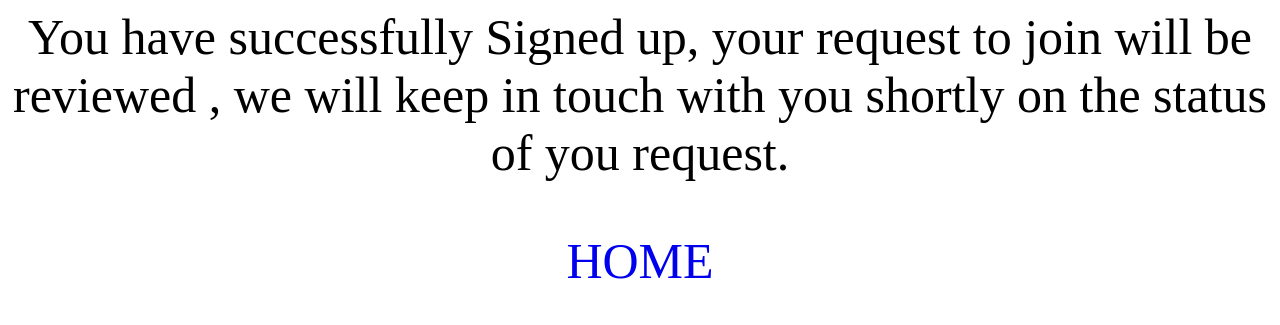
Repository: lorna-k/Workspace
Page: Alumni/Alumni-2/WebContent/signedup.html
An editor plug-in stored every save of this project. The page is shown before and after the next save, followed by the edit.
The browser window is 1280 px wide. The pictures show the whole page.
Some web fonts or font styles are not loaded; a fallback is used.

Above is the page before, as saved 2016-09-15 08:35:59.

After the next save:
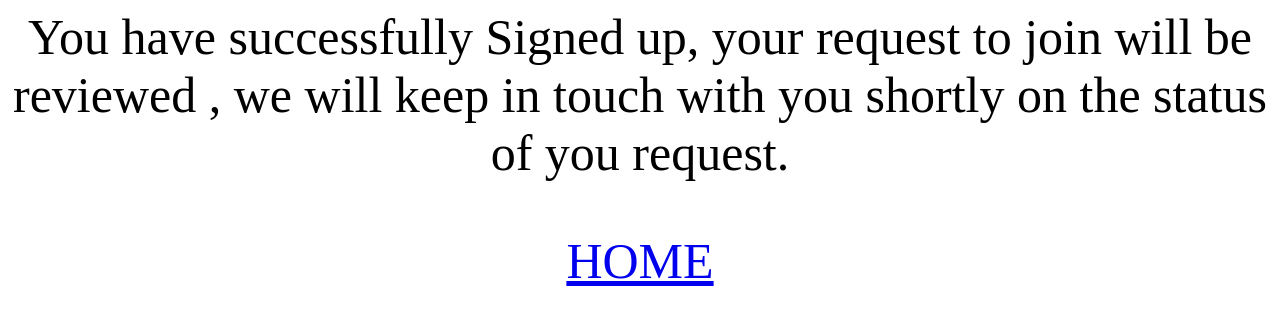
Saved 3 min 10 s later.
--- a/Alumni/Alumni-2/WebContent/signedup.html
+++ b/Alumni/Alumni-2/WebContent/signedup.html
@@ -4,6 +4,16 @@
 <meta charset="ISO-8859-1">
 <title>Insert title here</title>
 </head>
+
+<style>
+	text-decoration: none;
+
+	a:hover
+	{
+		color: #455868
+	}
+
+</style>
 <body>
 	<div  style="font-size:50px; font-family:Arial Black" align="center">
 
@@ -15,7 +25,7 @@
 
 
 
-		<p><a href="imdex.html" style="text-decoration: none;a:hover {text-color: #455868}">HOME</a></p>
+		<p><a href="imdex.html">HOME</a></p>
 	</div>
 </body>
 </html>

After the save that followed:
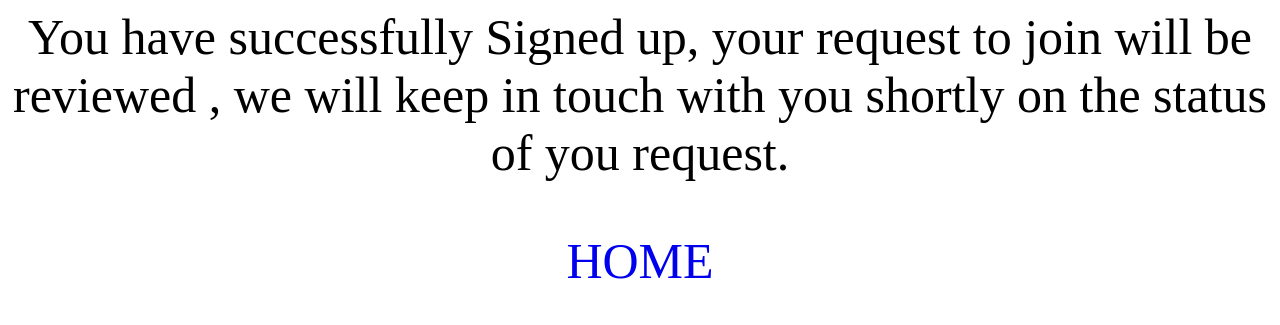
Saved 37 s later.
--- a/Alumni/Alumni-2/WebContent/signedup.html
+++ b/Alumni/Alumni-2/WebContent/signedup.html
@@ -6,8 +6,10 @@
 </head>
 
 <style>
-	text-decoration: none;
-
+	a
+	{
+		text-decoration: none;
+	}
 	a:hover
 	{
 		color: #455868
